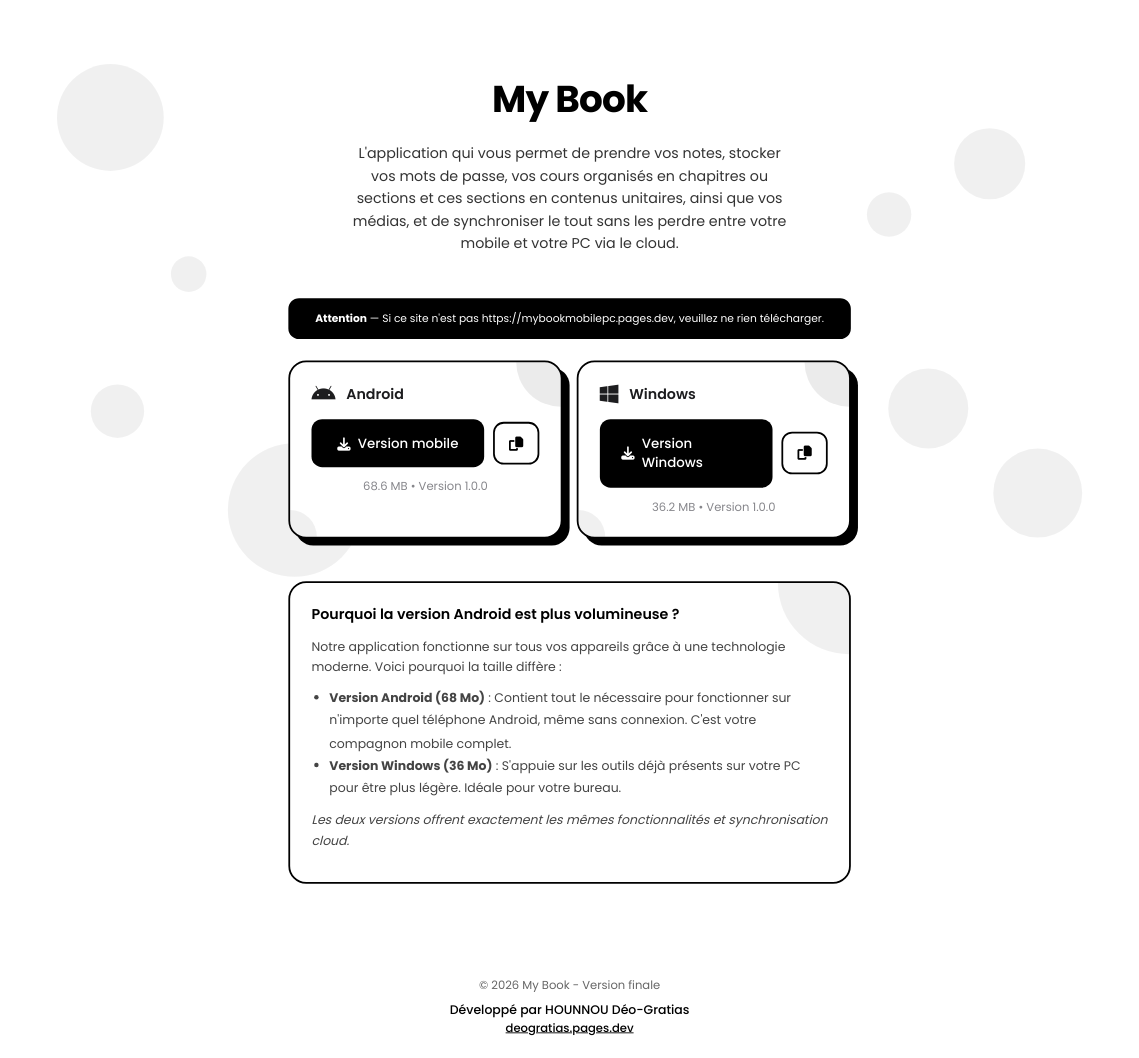
Repository: Deogratiasdev/app
Page: test.html
An editor plug-in stored every save of this project. The page is shown before and after the next save, followed by the edit.
The browser window is 1280 px wide. The pictures show the whole page, at 89% of full size.

Above is the page before, as saved 2026-04-12 00:30:08.

### test.html
<!DOCTYPE html>
<html lang="fr">
<head>
    <meta charset="UTF-8">
    <meta name="viewport" content="width=device-width, initial-scale=1.0">
    <title>My Book - Téléchargement</title>
    <link rel="preconnect" href="https://fonts.googleapis.com">
    <link rel="preconnect" href="https://fonts.gstatic.com" crossorigin>
    <link href="https://fonts.googleapis.com/css2?family=Poppins:wght@300;400;500;600;700&display=swap" rel="stylesheet">
    <link rel="stylesheet" href="https://cdnjs.cloudflare.com/ajax/libs/font-awesome/6.4.0/css/all.min.css">
    <style>
        * {
            margin: 0;
            padding: 0;
            box-sizing: border-box;
        }
        body {
            font-family: 'Poppins', sans-serif;
            background: #ffffff;
            color: #000000;
            line-height: 1.5;
            min-height: 100vh;
            display: flex;
            flex-direction: column;
        }
        .container {
            max-width: 680px;
            margin: 0 auto;
            padding: 80px 24px;
            flex: 1;
        }
        .header {
            text-align: center;
            margin-bottom: 48px;
        }
        .warning-box {
            background: #000000;
            border: 2px solid #000000;
            border-radius: 12px;
            padding: 12px 16px;
            margin-bottom: 24px;
            font-size: 12px;
            color: #ffffff;
            text-align: center;
            line-height: 1.5;
        }
        h1 {
            font-size: 42px;
            font-weight: 700;
            margin-bottom: 16px;
            letter-spacing: -1px;
            color: #000000;
        }
        .description {
            font-size: 16px;
            color: #333333;
            line-height: 1.6;
            max-width: 500px;
            margin: 0 auto;
        }
        .downloads {
            display: flex;
            flex-direction: column;
            gap: 16px;
            margin-bottom: 48px;
        }
        .download-card {
            background: #ffffff;
            border: 2px solid #000000;
            border-radius: 20px;
            padding: 24px;
            position: relative;
            overflow: hidden;
            transition: transform 0.3s ease;
            box-shadow: 8px 8px 0px #000000;
        }
        .download-card:hover {
            transform: translateY(-4px);
            box-shadow: 12px 12px 0px #000000;
        }
        .download-card::before {
            content: '';
            position: absolute;
            top: -50px;
            right: -50px;
            width: 100px;
            height: 100px;
            background: #000000;
            border-radius: 50%;
            opacity: 0.08;
        }
        .download-card::after {
            content: '';
            position: absolute;
            bottom: -30px;
            left: -30px;
            width: 60px;
            height: 60px;
            background: #000000;
            border-radius: 50%;
            opacity: 0.06;
        }
        .download-card-header {
            display: flex;
            align-items: center;
            margin-bottom: 16px;
        }
        .download-card-header i {
            font-size: 24px;
            margin-right: 12px;
            color: #1d1d1f;
        }
        .download-card-header h2 {
            font-size: 16px;
            font-weight: 600;
            color: #1d1d1f;
        }
        .download-btn {
            display: flex;
            align-items: center;
            justify-content: center;
            width: 100%;
            padding: 16px 24px;
            background: #000000;
            color: #ffffff;
            text-decoration: none;
            font-size: 15px;
            font-weight: 500;
            border: none;
            border-radius: 12px;
            transition: background 0.2s ease;
        }
        .download-btn:hover {
            background: #333333;
        }
        .download-btn i {
            margin-right: 8px;
        }
        .download-row {
            display: flex;
            gap: 10px;
            align-items: center;
        }
        .download-row .download-btn {
            flex: 1;
        }
        .copy-btn {
            background: #ffffff;
            border: 2px solid #000000;
            border-radius: 12px;
            padding: 14px 16px;
            cursor: pointer;
            font-size: 16px;
            color: #000000;
            transition: all 0.2s ease;
            display: flex;
            align-items: center;
            justify-content: center;
        }
        .copy-btn:hover {
            background: #000000;
            color: #ffffff;
        }
        .copy-btn.copied {
            background: #000000;
            color: #ffffff;
        }
        .download-info {
            font-size: 13px;
            color: #86868b;
            margin-top: 12px;
            text-align: center;
        }
        .info-section {
            background: #ffffff;
            border: 2px solid #000000;
            border-radius: 20px;
            padding: 24px;
            position: relative;
            overflow: hidden;
        }
        .info-section::before {
            content: '';
            position: absolute;
            top: -80px;
            right: -80px;
            width: 160px;
            height: 160px;
            background: #000000;
            border-radius: 50%;
            opacity: 0.06;
        }
        .info-section h3 {
            font-size: 16px;
            font-weight: 600;
            color: #000000;
            margin-bottom: 12px;
        }
        .info-section p {
            font-size: 14px;
            color: #444444;
            line-height: 1.6;
            margin-bottom: 12px;
        }
        .info-section ul {
            font-size: 14px;
            color: #444444;
            line-height: 1.8;
            margin-left: 20px;
        }
        .footer {
            text-align: center;
            padding: 24px;
            font-size: 13px;
            color: #666666;
        }
        .footer a {
            color: #000000;
            text-decoration: underline;
            font-weight: 500;
            transition: color 0.2s ease;
        }
        .footer a:hover {
            color: #333333;
        }
        .author {
            margin-top: 8px;
            font-size: 14px;
            font-weight: 500;
            color: #000000;
        }

        /* Bulles figées en background */
        .bg-bubbles {
            position: fixed;
            top: 0;
            left: 0;
            width: 100%;
            height: 100%;
            pointer-events: none;
            z-index: -1;
            overflow: hidden;
        }
        .bg-bubbles .bubble {
            position: absolute;
            background: #000000;
            border-radius: 50%;
            opacity: 0.06;
        }
        .bg-bubbles .bubble:nth-child(1) { width: 120px; height: 120px; top: 10%; left: 5%; }
        .bg-bubbles .bubble:nth-child(2) { width: 80px; height: 80px; top: 20%; right: 10%; }
        .bg-bubbles .bubble:nth-child(3) { width: 60px; height: 60px; top: 60%; left: 8%; }
        .bg-bubbles .bubble:nth-child(4) { width: 100px; height: 100px; top: 70%; right: 5%; }
        .bg-bubbles .bubble:nth-child(5) { width: 40px; height: 40px; top: 40%; left: 15%; }
        .bg-bubbles .bubble:nth-child(6) { width: 150px; height: 150px; bottom: 10%; left: 20%; }
        .bg-bubbles .bubble:nth-child(7) { width: 50px; height: 50px; top: 30%; right: 20%; }
        .bg-bubbles .bubble:nth-child(8) { width: 90px; height: 90px; bottom: 30%; right: 15%; }
        @media (min-width: 768px) {
            .downloads {
                flex-direction: row;
            }
            .download-card {
                flex: 1;
            }
        }
    </style>
</head>
<body>
    <div class="bg-bubbles">
        <div class="bubble"></div>
        <div class="bubble"></div>
        <div class="bubble"></div>
        <div class="bubble"></div>
        <div class="bubble"></div>
        <div class="bubble"></div>
        <div class="bubble"></div>
        <div class="bubble"></div>
    </div>
    <div class="container">
        <div class="header">
            <h1>My Book</h1>
            <p class="description">L'application qui vous permet de prendre vos notes, stocker vos mots de passe, vos cours organisés en chapitres ou sections et ces sections en contenus unitaires, ainsi que vos médias, et de synchroniser le tout sans les perdre entre votre mobile et votre PC via le cloud.</p>
        </div>

        <div class="warning-box">
            <strong>Attention</strong> — Si ce site n'est pas https://mybookmobilepc.pages.dev, veuillez ne rien télécharger.
        </div>

        <div class="downloads">
            <div class="download-card">
                <div class="download-card-header">
                    <i class="fab fa-android"></i>
                    <h2>Android</h2>
                </div>
                <div class="download-row">
                    <a href="https://github.com/Deogratiasdev/app/raw/main/releases/MyBook.apk" download class="download-btn"><i class="fas fa-download"></i> Version mobile</a>
                    <button class="copy-btn" onclick="copyUrl('https://github.com/Deogratiasdev/app/raw/main/releases/MyBook.apk')" title="Copier le lien"><i class="fas fa-copy"></i></button>
                </div>
                <p class="download-info">68.6 MB • Version 1.0.0</p>
            </div>

            <div class="download-card">
                <div class="download-card-header">
                    <i class="fab fa-windows"></i>
                    <h2>Windows</h2>
                </div>
                <div class="download-row">
                    <a href="https://github.com/Deogratiasdev/app/raw/main/releases/MyBook_Setup.exe" download class="download-btn"><i class="fas fa-download"></i> Version Windows</a>
                    <button class="copy-btn" onclick="copyUrl('https://github.com/Deogratiasdev/app/raw/main/releases/MyBook_Setup.exe')" title="Copier le lien"><i class="fas fa-copy"></i></button>
                </div>
                <p class="download-info">36.2 MB • Version 1.0.0</p>
            </div>
        </div>

        <div class="info-section">
            <h3>Pourquoi la version Android est plus volumineuse ?</h3>
            <p>Notre application fonctionne sur tous vos appareils grâce à une technologie moderne. Voici pourquoi la taille diffère :</p>
            <ul>
                <li><strong>Version Android (68 Mo)</strong> : Contient tout le nécessaire pour fonctionner sur n'importe quel téléphone Android, même sans connexion. C'est votre compagnon mobile complet.</li>
                <li><strong>Version Windows (36 Mo)</strong> : S'appuie sur les outils déjà présents sur votre PC pour être plus légère. Idéale pour votre bureau.</li>
            </ul>
            <p style="margin-top: 12px; font-style: italic;">Les deux versions offrent exactement les mêmes fonctionnalités et synchronisation cloud.</p>
        </div>
    </div>

    <div class="footer">
        © 2026 My Book - Version finale<br>
        <div class="author">Développé par HOUNNOU Déo-Gratias</div>
        <a href="https://deogratias.pages.dev" target="_blank">deogratias.pages.dev</a>
    </div>

    <script>
        function copyUrl(url) {
            navigator.clipboard.writeText(url).then(function() {
                const buttons = document.querySelectorAll('.copy-btn');
                buttons.forEach(btn => {
                    if (btn.getAttribute('onclick').includes(url)) {
                        btn.classList.add('copied');
                        btn.innerHTML = '<i class="fas fa-check"></i>';
                        setTimeout(() => {
                            btn.classList.remove('copied');
                            btn.innerHTML = '<i class="fas fa-copy"></i>';
                        }, 2000);
                    }
                });
            });
        }
    </script>
</body>
</html>

After the next save:
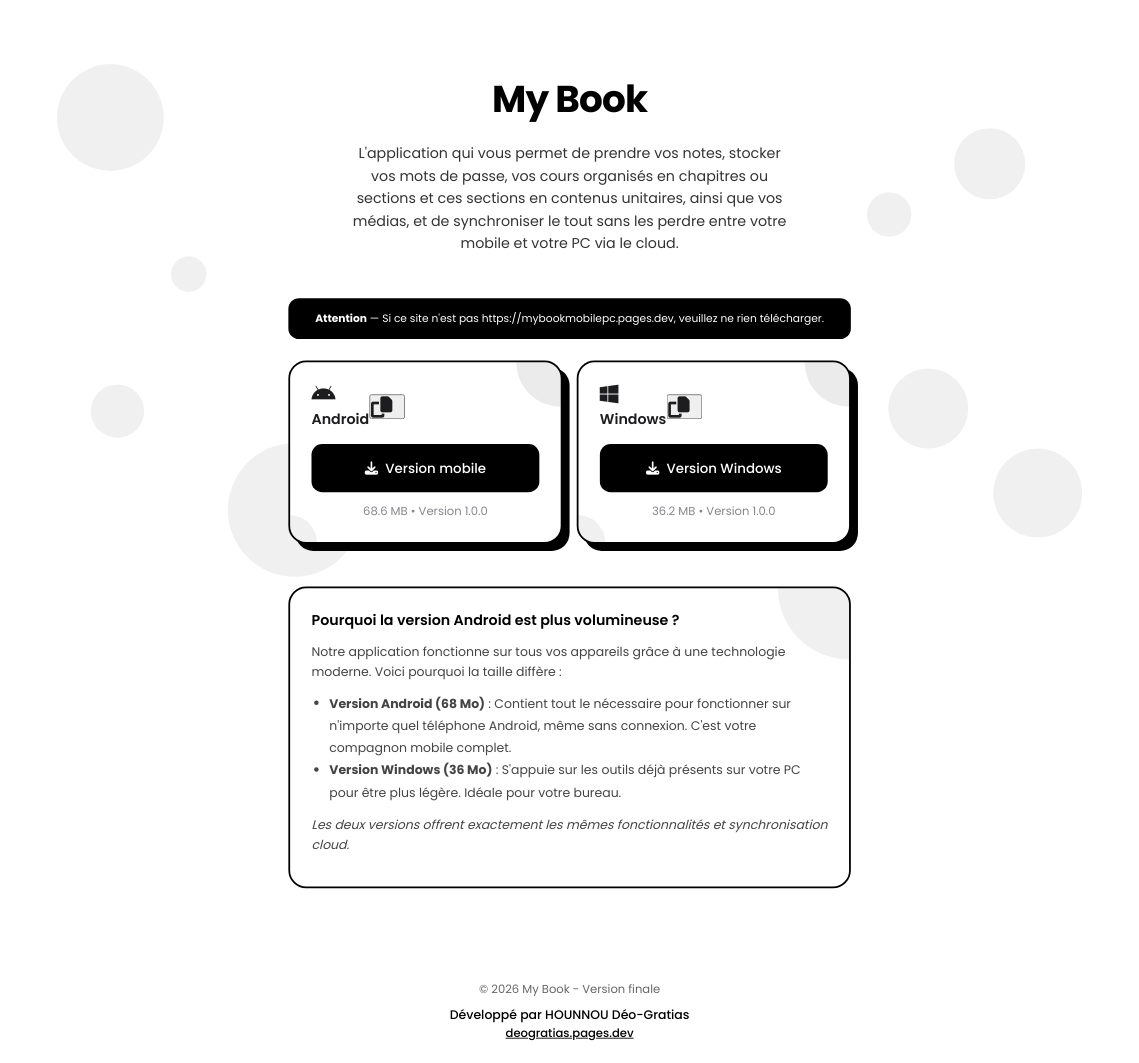
Saved 59 s later.
--- a/test.html
+++ b/test.html
@@ -289,25 +289,25 @@
         <div class="downloads">
             <div class="download-card">
                 <div class="download-card-header">
-                    <i class="fab fa-android"></i>
-                    <h2>Android</h2>
+                    <div class="title-row">
+                        <i class="fab fa-android"></i>
+                        <h2>Android</h2>
+                    </div>
+                    <button class="copy-btn-header" onclick="copyUrl('https://github.com/Deogratiasdev/app/raw/main/releases/MyBook.apk')" title="Copier le lien"><i class="fas fa-copy"></i></button>
                 </div>
-                <div class="download-row">
-                    <a href="https://github.com/Deogratiasdev/app/raw/main/releases/MyBook.apk" download class="download-btn"><i class="fas fa-download"></i> Version mobile</a>
-                    <button class="copy-btn" onclick="copyUrl('https://github.com/Deogratiasdev/app/raw/main/releases/MyBook.apk')" title="Copier le lien"><i class="fas fa-copy"></i></button>
-                </div>
+                <a href="https://github.com/Deogratiasdev/app/raw/main/releases/MyBook.apk" download class="download-btn"><i class="fas fa-download"></i> Version mobile</a>
                 <p class="download-info">68.6 MB • Version 1.0.0</p>
             </div>
 
             <div class="download-card">
                 <div class="download-card-header">
-                    <i class="fab fa-windows"></i>
-                    <h2>Windows</h2>
+                    <div class="title-row">
+                        <i class="fab fa-windows"></i>
+                        <h2>Windows</h2>
+                    </div>
+                    <button class="copy-btn-header" onclick="copyUrl('https://github.com/Deogratiasdev/app/raw/main/releases/MyBook_Setup.exe')" title="Copier le lien"><i class="fas fa-copy"></i></button>
                 </div>
-                <div class="download-row">
-                    <a href="https://github.com/Deogratiasdev/app/raw/main/releases/MyBook_Setup.exe" download class="download-btn"><i class="fas fa-download"></i> Version Windows</a>
-                    <button class="copy-btn" onclick="copyUrl('https://github.com/Deogratiasdev/app/raw/main/releases/MyBook_Setup.exe')" title="Copier le lien"><i class="fas fa-copy"></i></button>
-                </div>
+                <a href="https://github.com/Deogratiasdev/app/raw/main/releases/MyBook_Setup.exe" download class="download-btn"><i class="fas fa-download"></i> Version Windows</a>
                 <p class="download-info">36.2 MB • Version 1.0.0</p>
             </div>
         </div>
